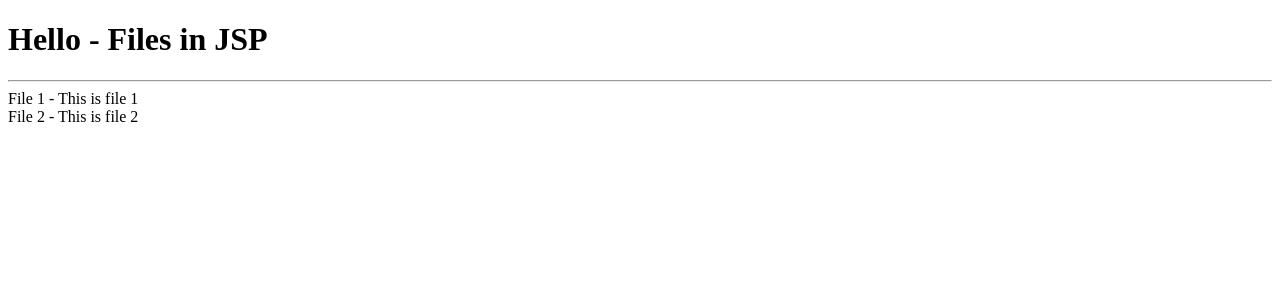
Repository: MandarDhamale/jsp-and-servlets
Page: http://localhost/Include_Files_in_JSP/HelloJSP.jsp
The author's editor kept a copy of each file at every save. The page is drawn from the files as they stood at one save, then again after the next save.
The browser window is 1280 px wide. The pictures show the whole page.
The page is served by Tomcat 9.

Above is the page before, as saved 2024-11-24 10:08:11.

### Include Files in JSP/src/main/webapp/HelloJSP.jsp
<%@ page language="java" contentType="text/html; charset=UTF-8"
    pageEncoding="UTF-8"%>
<!DOCTYPE html>
<html>
<head>
<meta charset="UTF-8">
<title>Insert title here</title>
</head>
<body>
	<h1>Hello - Files in JSP</h1>
	<hr>
	<%@ include file='file1.txt' %>
	<br>
	<jsp:include page='file2.txt' />
</body>
</html>

### Include Files in JSP/src/main/webapp/file1.txt
File 1 - This is file 1

### Include Files in JSP/src/main/webapp/file2.txt
File 2 - This is file 2

After the next save:
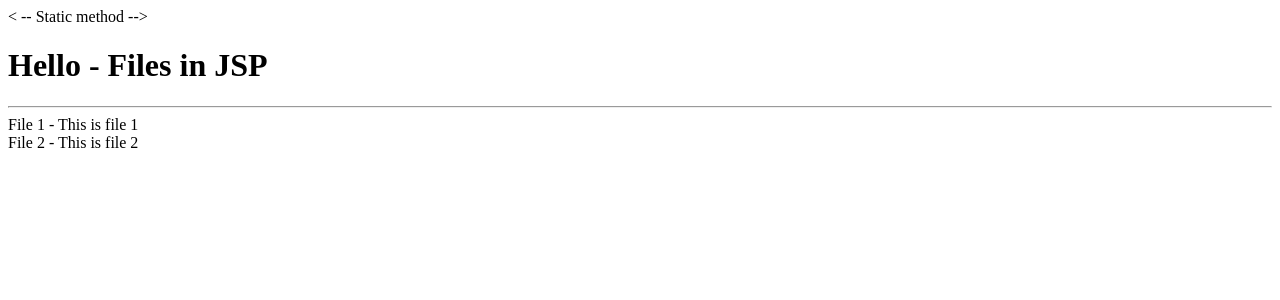
Saved 32 s later.
--- a/Include Files in JSP/src/main/webapp/HelloJSP.jsp
+++ b/Include Files in JSP/src/main/webapp/HelloJSP.jsp
@@ -7,6 +7,8 @@
 <title>Insert title here</title>
 </head>
 <body>
+
+< -- Static method -->
 	<h1>Hello - Files in JSP</h1>
 	<hr>
 	<%@ include file='file1.txt' %>

After the 2 saves that followed:
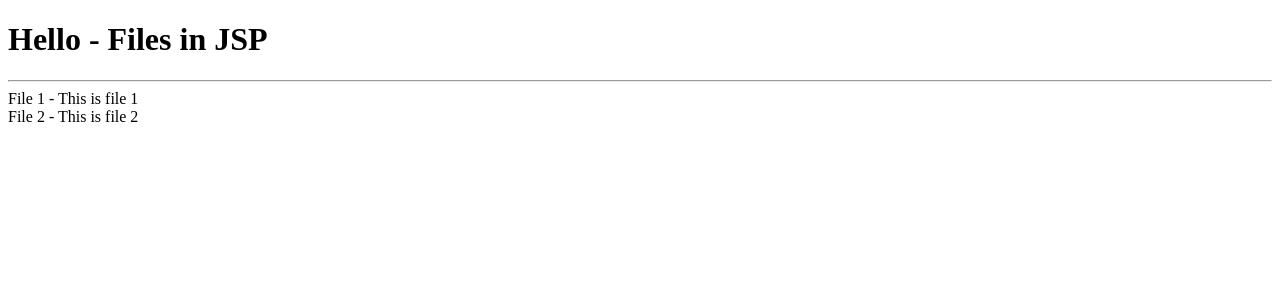
The 2 saves are shown as one change because they came seconds apart.
The last was saved 38 s later.
--- a/Include Files in JSP/src/main/webapp/HelloJSP.jsp
+++ b/Include Files in JSP/src/main/webapp/HelloJSP.jsp
@@ -8,11 +8,16 @@
 </head>
 <body>
 
-< -- Static method -->
+<!-- Static method -->
 	<h1>Hello - Files in JSP</h1>
 	<hr>
 	<%@ include file='file1.txt' %>
 	<br>
+<!-- Dynamic method -->
 	<jsp:include page='file2.txt' />
+
+
+
+
 </body>
 </html>
